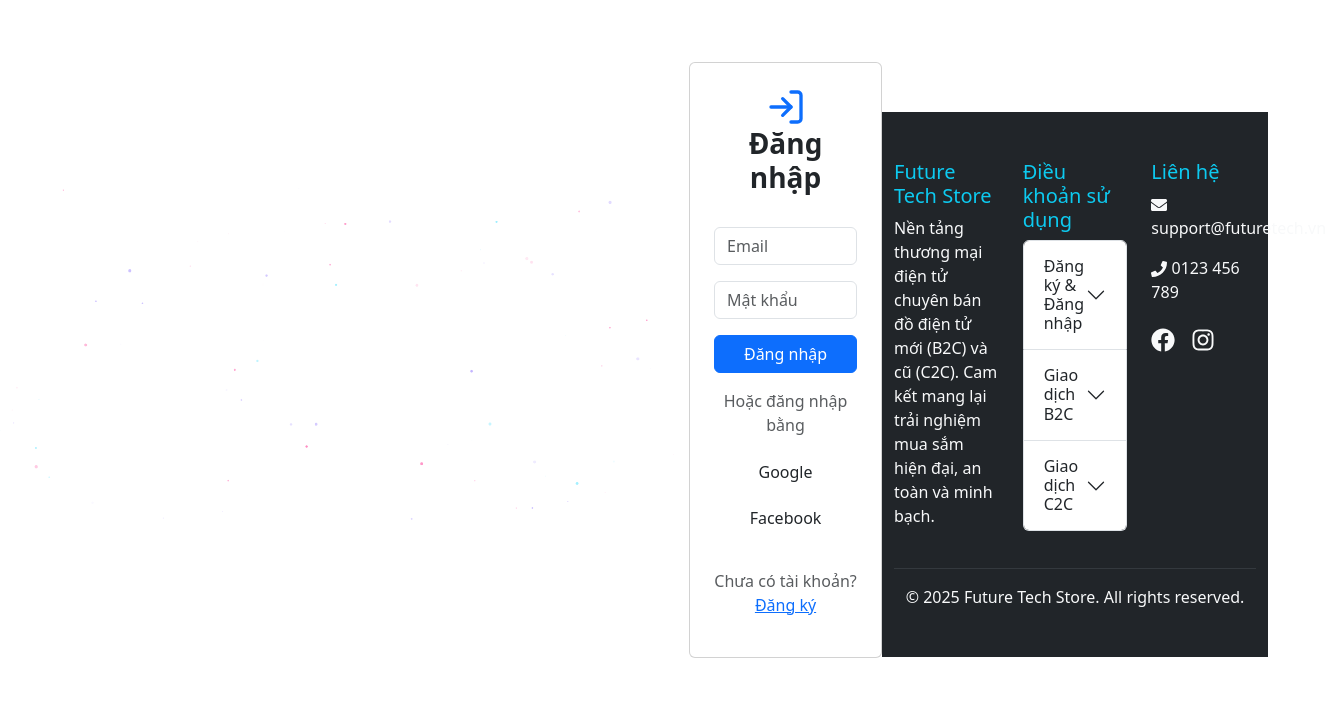
Repository: Thangvh29/WEB-tmdt
Page: /login (app in frontend/)
An editor plug-in stored every save of this project. The page is shown before and after a run of saves, followed by the edit.
The browser window is 1280 px wide. The page is 1326 px wide, then 1280 px, then 1326 px, so the pictures cover 1326 px, including what lies to the right of the window. The pictures show the whole page.
The project was rebuilt for these pictures with package versions that can differ from the ones it lists, and the page was loaded fresh each time. Also part of the build but not shown: frontend/vite.config.js, frontend/src/assets/style/home.css, frontend/src/pages/auth/Home.jsx, frontend/src/pages/auth/Register.jsx.

Above is the page before, as saved 2025-08-23 20:56:42.

After the next 2 saves:
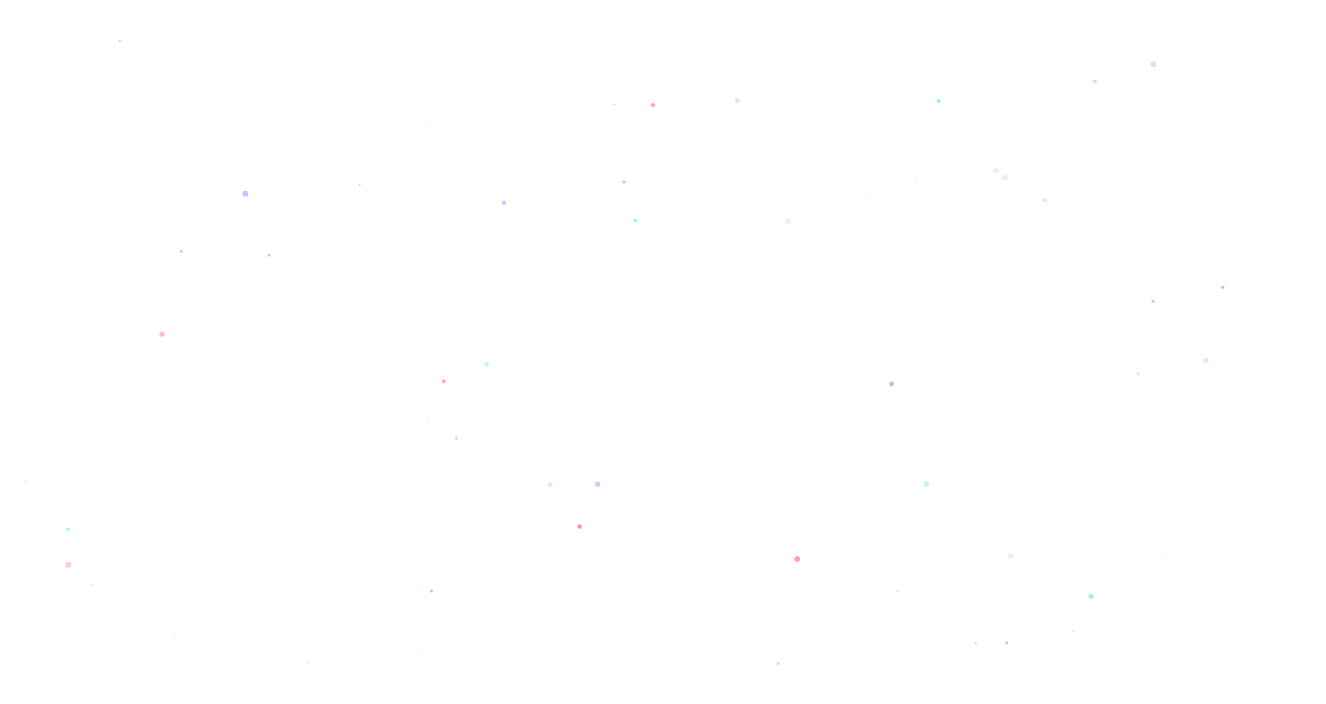
Console error: ReferenceError: Footer is not defined
The 2 saves are shown as one change because they came seconds apart.
The last was saved 112 s later.
--- a/frontend/src/pages/auth/Login.jsx
+++ b/frontend/src/pages/auth/Login.jsx
@@ -2,7 +2,6 @@
 import { useNavigate, Link } from "react-router-dom";
 import { useAuth } from "../../context/useAuth";
 import { LogIn } from "lucide-react";
-import Footer from "./Footer";
 
 const Login = () => {
   const { login } = useAuth();

After the save that followed:
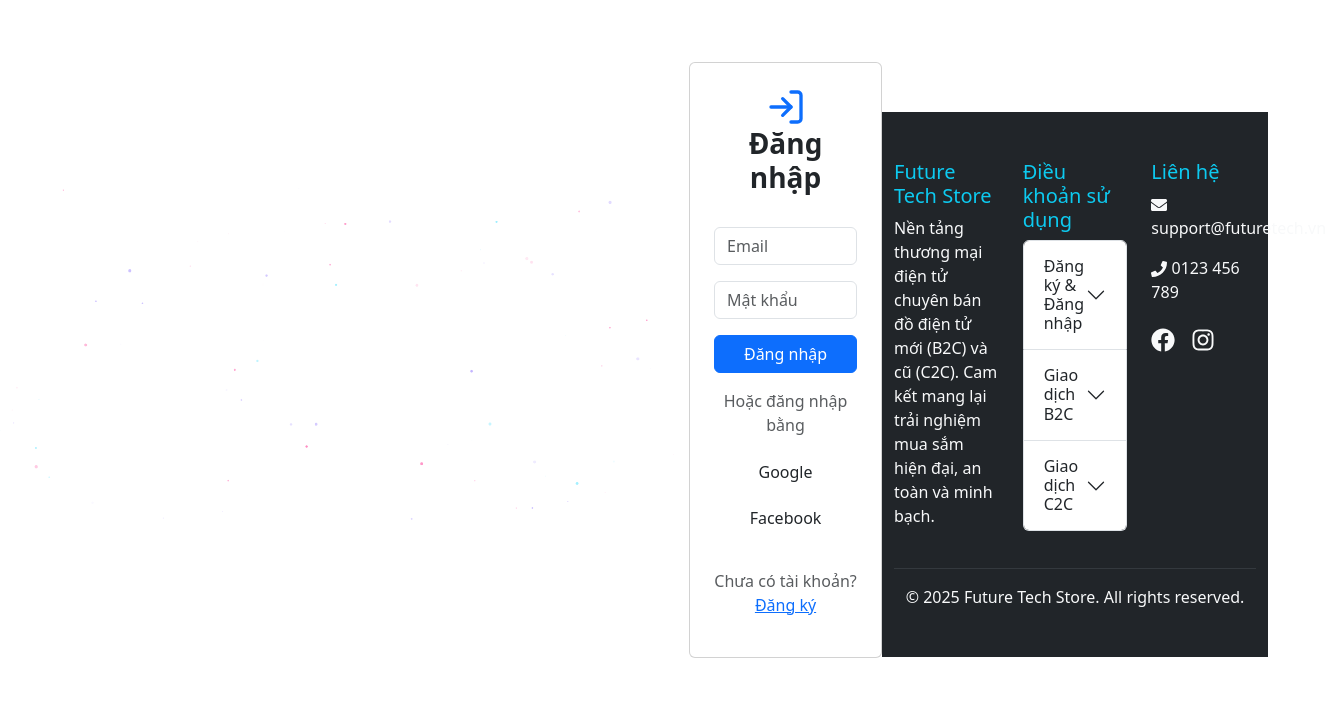
The error is gone.
Saved 9 s later.
--- a/frontend/src/pages/auth/Login.jsx
+++ b/frontend/src/pages/auth/Login.jsx
@@ -2,6 +2,7 @@
 import { useNavigate, Link } from "react-router-dom";
 import { useAuth } from "../../context/useAuth";
 import { LogIn } from "lucide-react";
+import Footer from "./Footer";
 
 const Login = () => {
   const { login } = useAuth();
